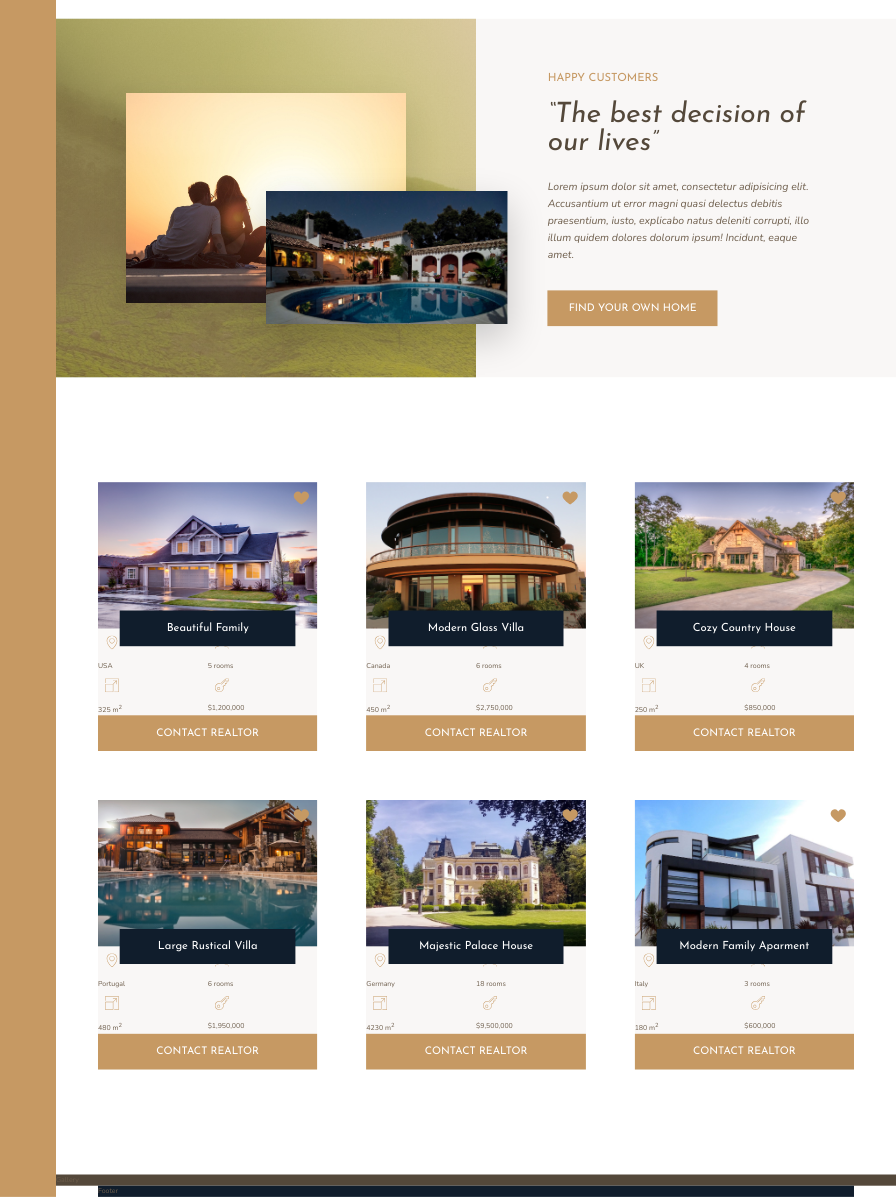
Repository: achwesiuk/nexter
Page: index.html
An editor plug-in stored every save of this project. The page is shown before and after the next save, followed by the edit.
The browser window is 1280 px wide. The pictures show the part of the page from y = 1067 to 2987 px (the page is 2777 px tall before and 2987 px after), at 70% of full size.
The style sheet was rebuilt from its Sass, Less or Tailwind sources for each picture, by a compiler version that may differ from the author's.

Above is the page before, as saved 2021-02-23 15:39:35.

After the next save:
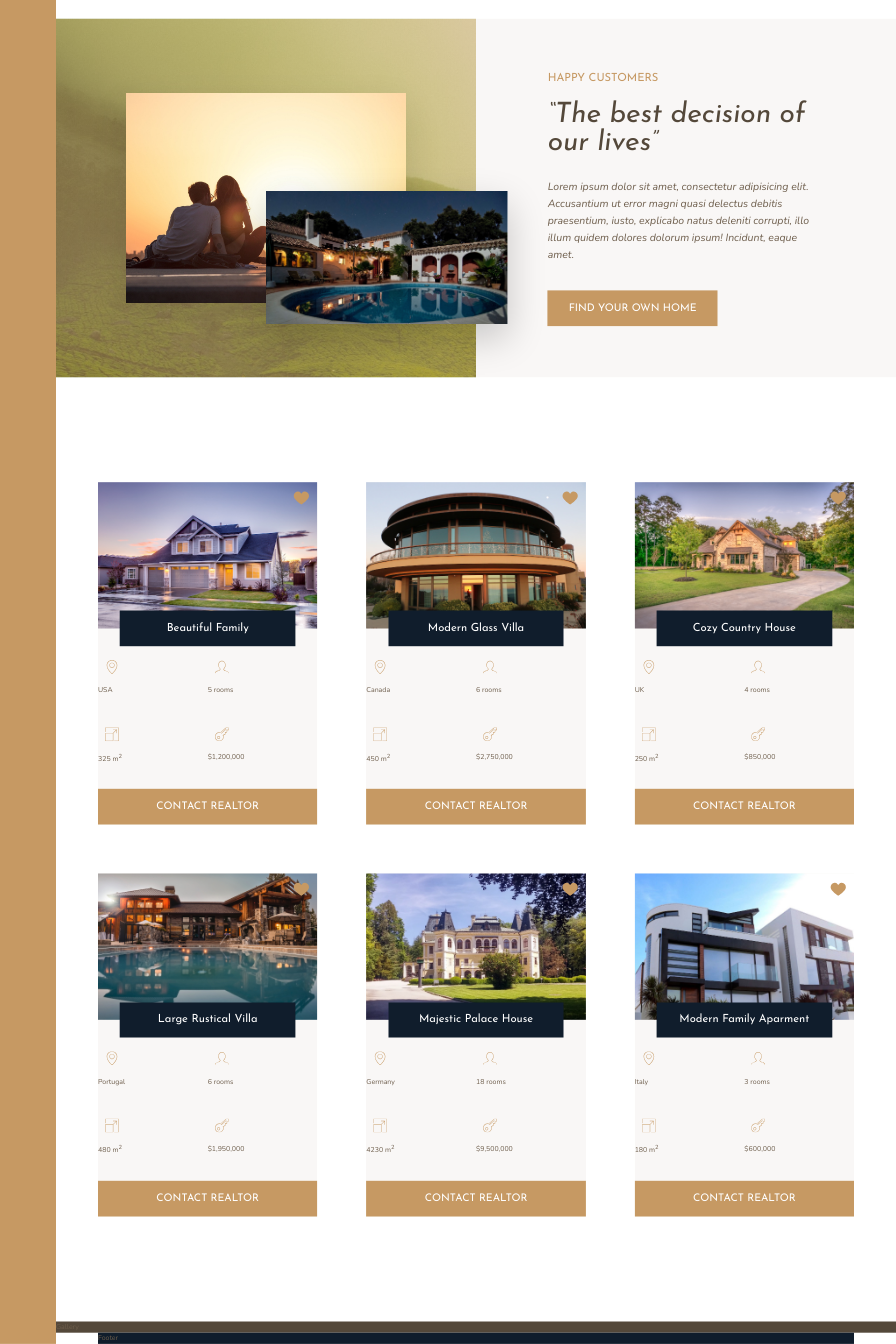
Saved 80 s later.
--- a/sass/_homes.scss
+++ b/sass/_homes.scss
@@ -12,6 +12,7 @@
 
     display: grid;
     grid-template-columns: repeat(2, 1fr);
+    grid-row-gap: 3.5rem;
 
     &__img {
         width: 100%;
